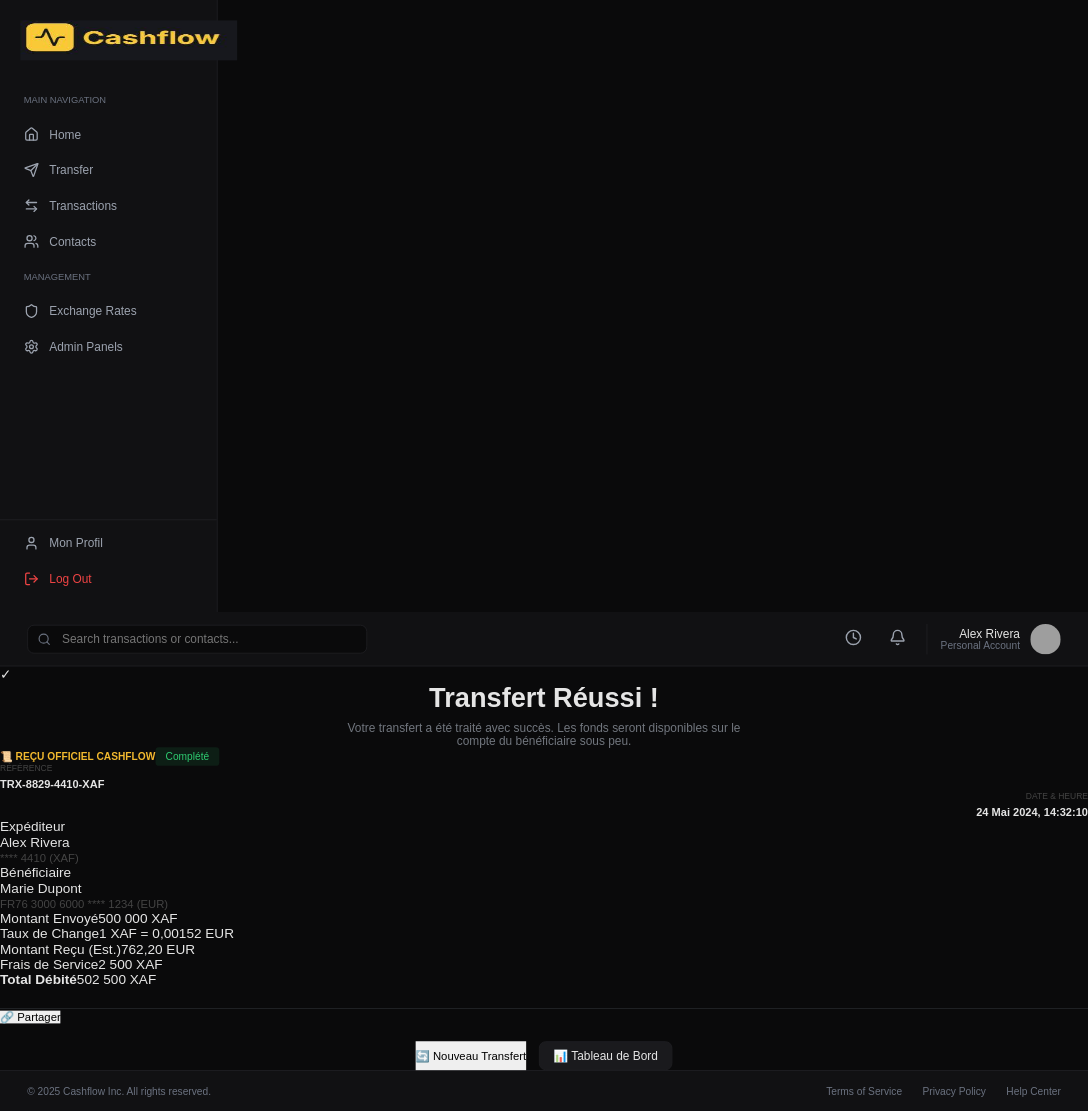
Repository: laetitiamaelle/GROUEPE5_PROGRAMMATIONWEBII_PLATEFORME_DE_TRANSFERT_MULTIDEVISE
Page: /confirmation
An editor plug-in stored every save of this project. The page is shown before and after the next save, followed by the edit.
The browser window is 1280 px wide. The pictures show the whole page, at 85% of full size.
Pictures or frames that could not be fetched are drawn as grey boxes. The project was rebuilt for these pictures with package versions that can differ from the ones it lists, and the page was loaded fresh each time. The framework's server and built-in components were replaced by stand-ins that run in the browser. Also part of the build but not shown: next.config.ts.

Above is the page before, as saved 2026-05-21 10:28:28.

After the next save:
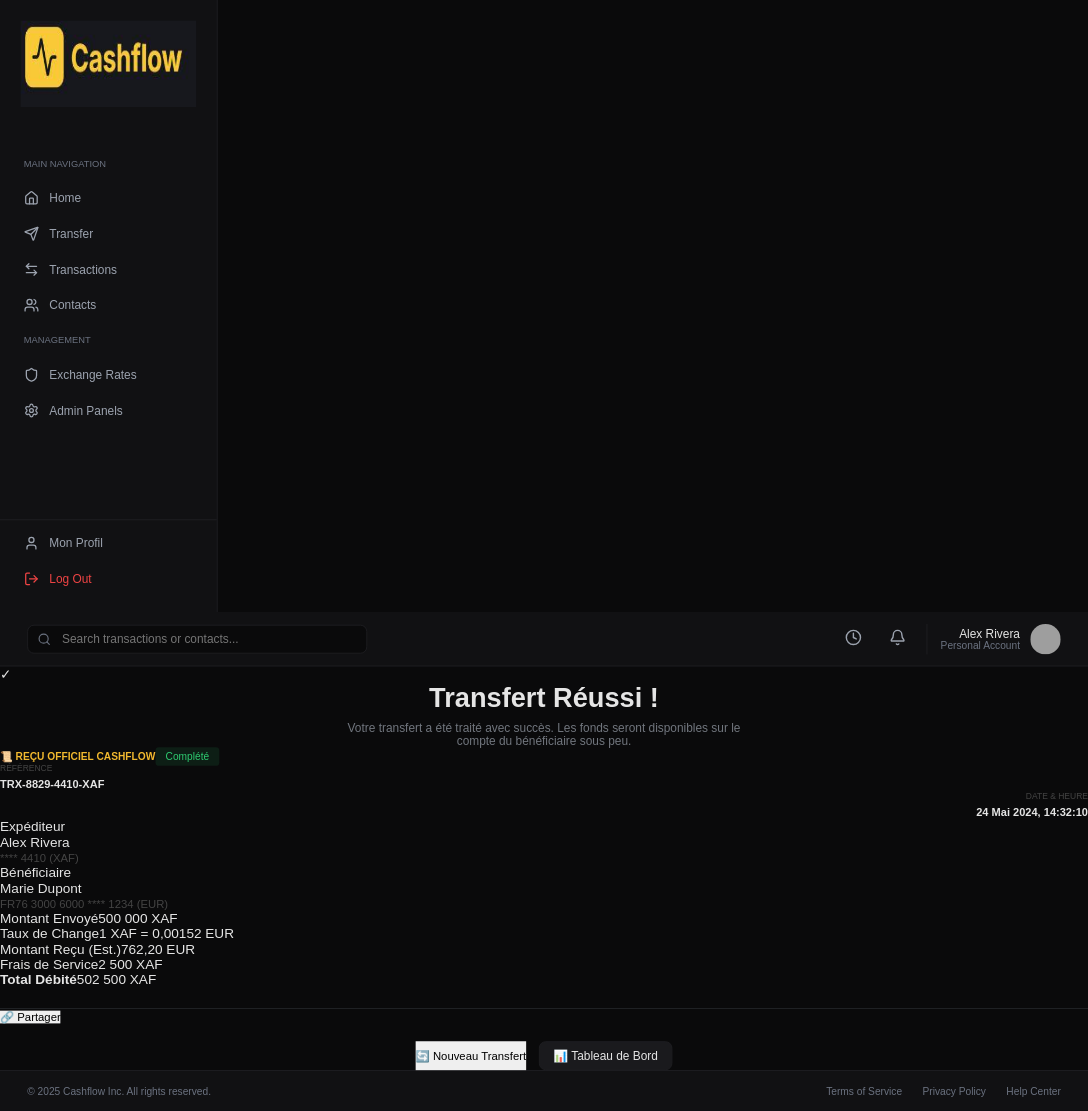
Saved 2 min 10 s later.
--- a/styles/Sidebar.css
+++ b/styles/Sidebar.css
@@ -9,6 +9,12 @@
 
 .logo {
     padding: 24px;
+    position: relative;
+    width: 100%;
+    height: 150px;
+    margin-bottom: 20px;
+    overflow: hidden;
+    border-radius: 8px;
 }
 
 .logo-img {
